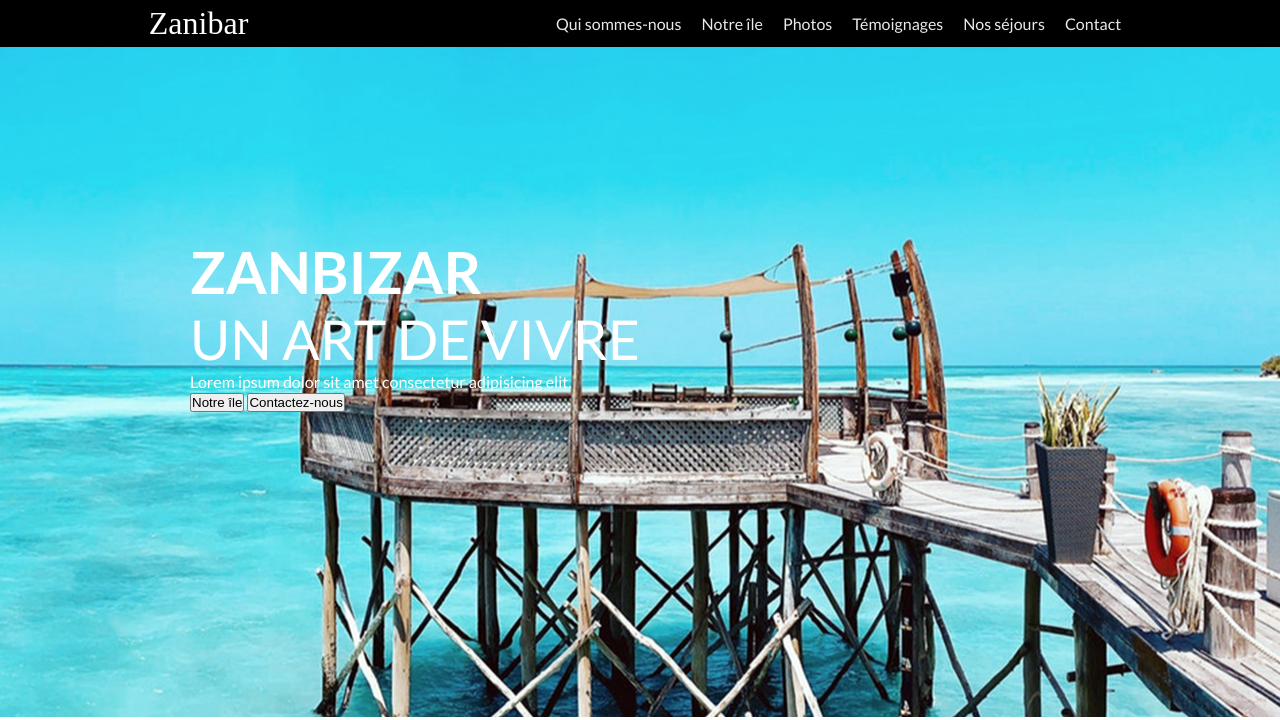
Repository: ypiard85/zanzibar
Page: index.html
An editor plug-in stored every save of this project. The page is shown before and after the next save, followed by the edit.
The browser window is 1280 px wide. The pictures show the whole page.
Some web fonts or font styles are not loaded; a fallback is used.

Above is the page before, as saved 2021-02-23 15:02:44.

After the next save:
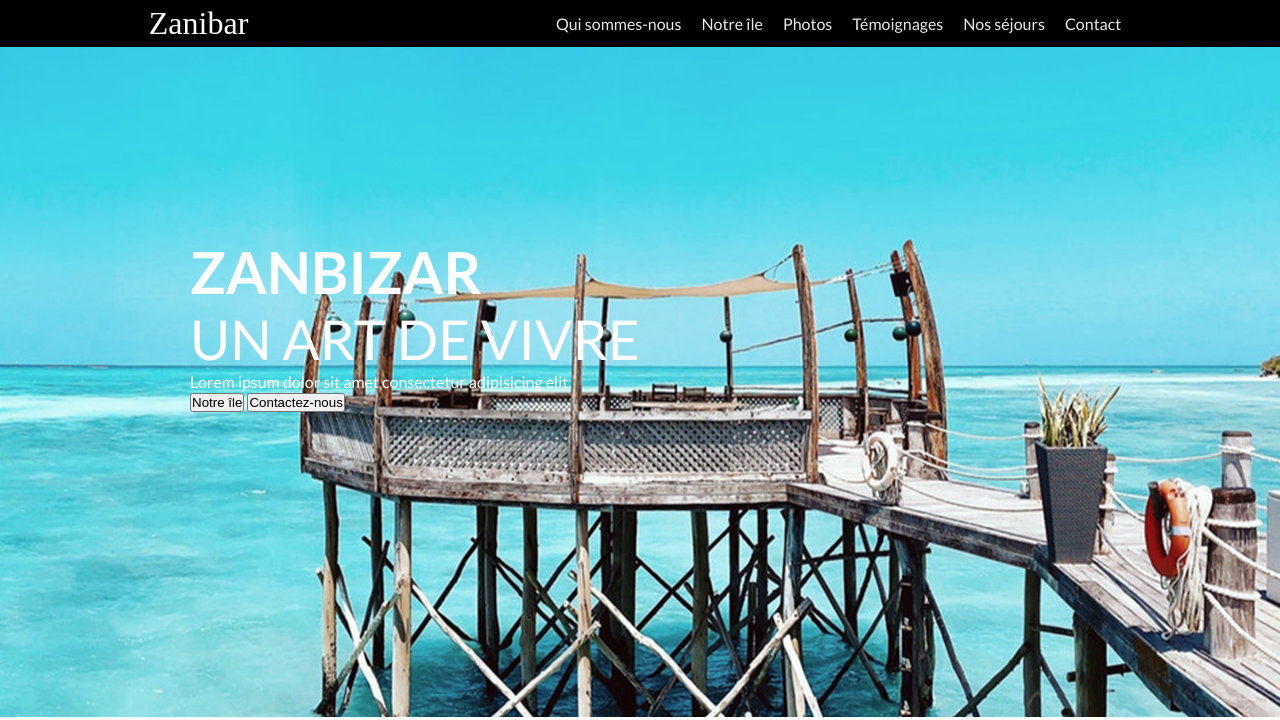
Saved 4 s later.
--- a/style.css
+++ b/style.css
@@ -46,7 +46,7 @@ html {
 
 .image_thumbnail{
     background-image: url('./header.jpg');
-    filter: grayscale(20%);
+    filter: grayscale(30%);
     background-repeat: no-repeat;
     background-position: center right;
     height: 93vh;
